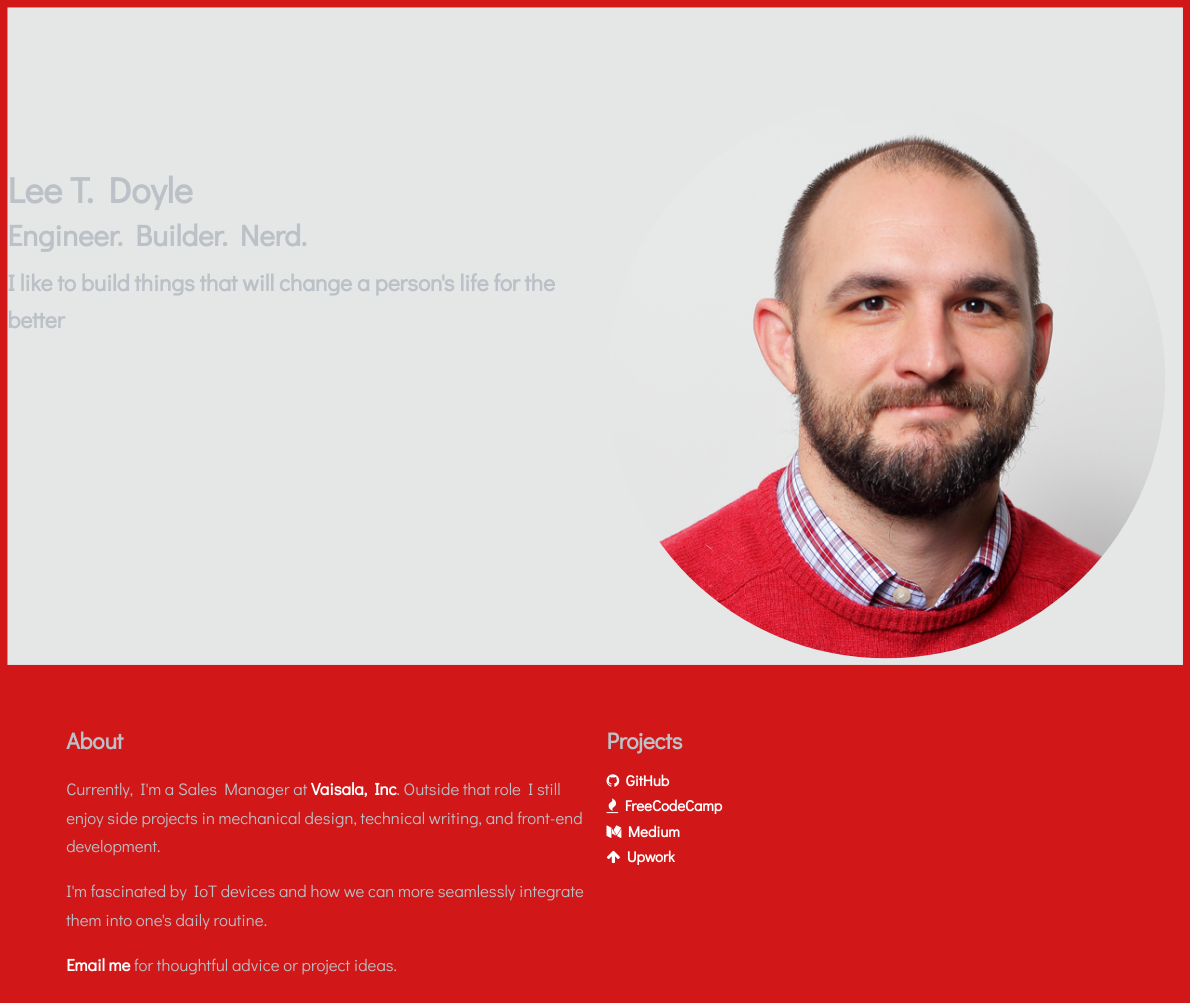
Repository: ldoyle0/ldoyle0.github.io
Page: index.html
The author's editor kept a record of every edit. The page is drawn from the files as they stood at one moment, then again after the next edit.
The browser window is 1280 px wide. The pictures show the whole page, at 93% of full size.
Some web libraries are served in a nearby version.

Above is the page before.

After the next edit:
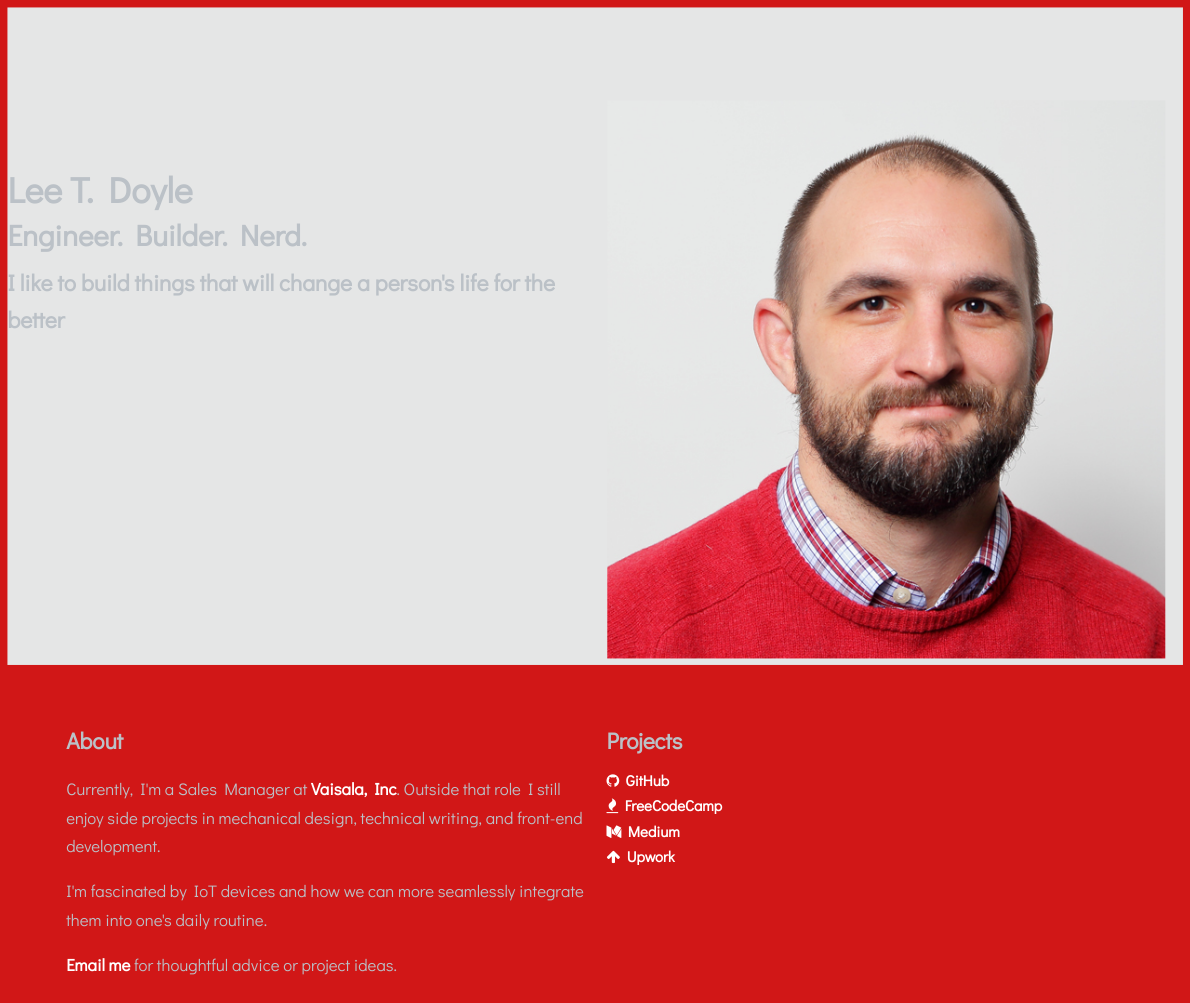
The edit:
--- a/index.html
+++ b/index.html
@@ -20,7 +20,7 @@
                 <h3>I like to build things that will change a person's life for the better</h3>
             </div>
             <div class="span6 right">
-                <img class="img-circle" src="./img/LED.jpg">
+                <img src="./img/LED.jpg">
             </div>
         </div>
     </div>
